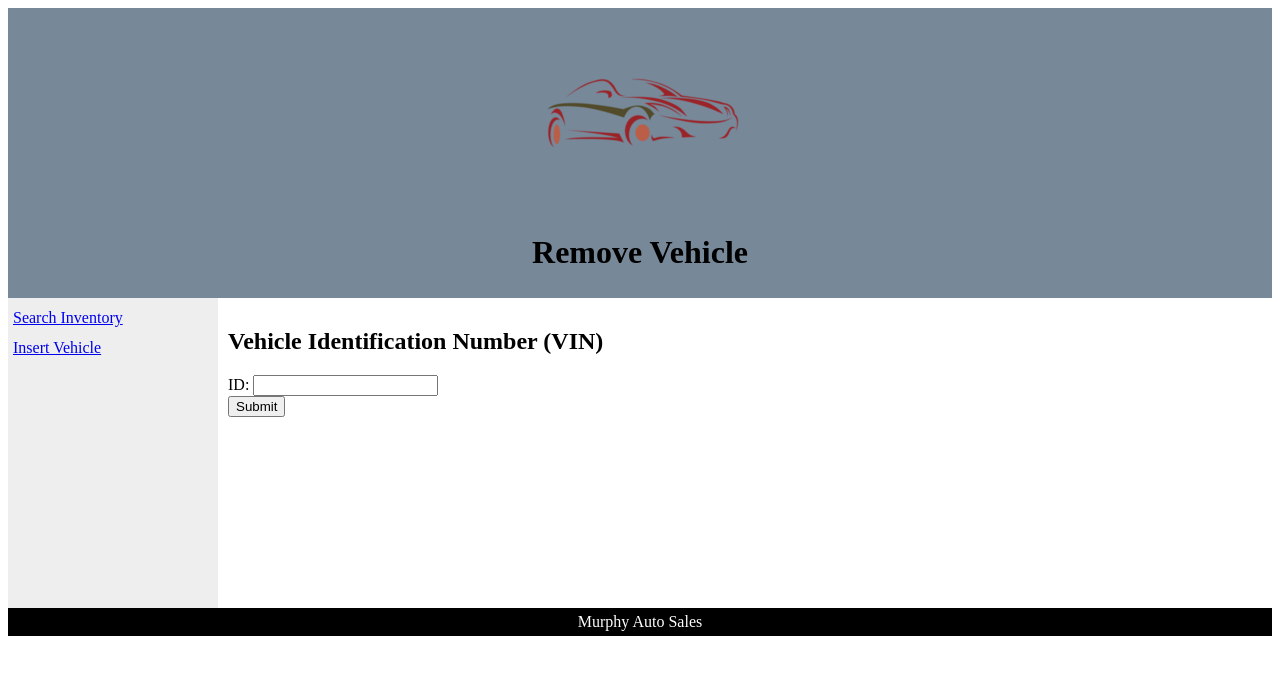
Repository: CamdenMurphy/workspace4830-intro-to-software-engineering
Page: techExercise/techExercise-Murphy/src/main/webapp/delete_murphy.html
These files come from the project's save history. The page is drawn as it stood at one moment and after the next save; the edit follows.
The browser window is 1280 px wide. The pictures show the whole page.

Above is the page before, as saved 2023-10-12 06:24:21.

After the next save:
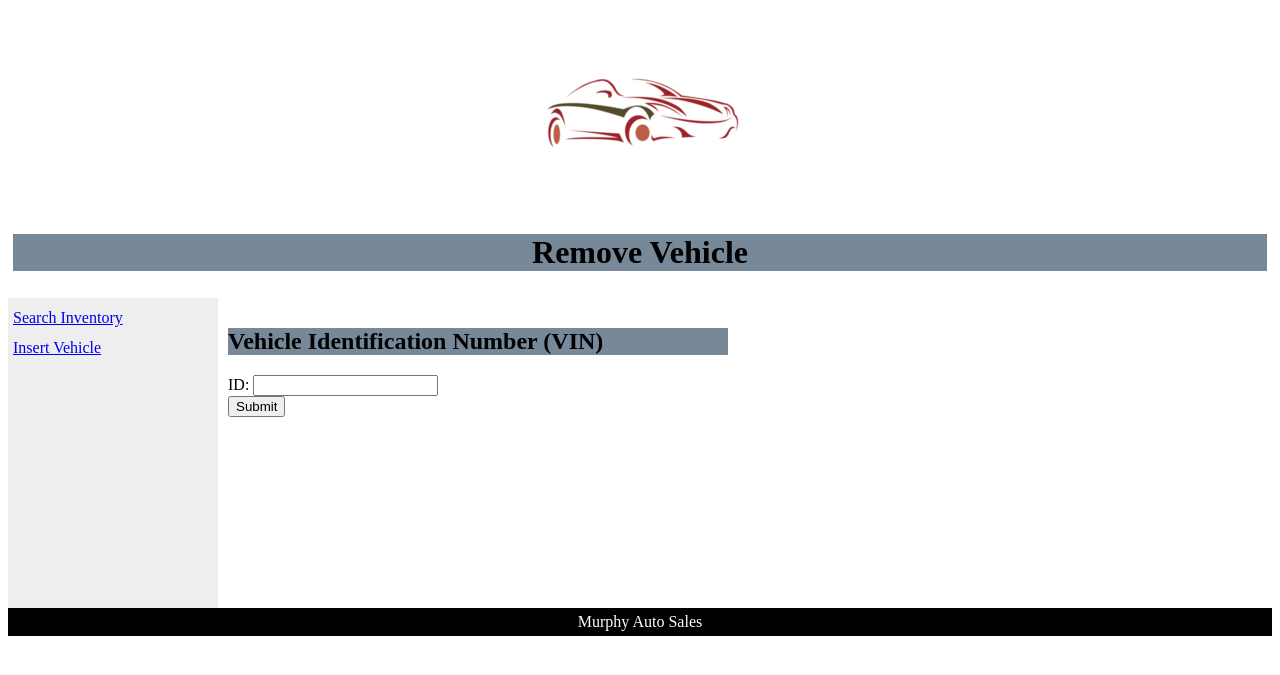
Saved 27 s later.
--- a/techExercise/techExercise-Murphy/src/main/webapp/delete_murphy.html
+++ b/techExercise/techExercise-Murphy/src/main/webapp/delete_murphy.html
@@ -2,7 +2,7 @@
 <head>
 <style>
 header {
-	background-color: lightslategray;
+
 	text-align: center;
     padding:5px;
 }
@@ -30,6 +30,7 @@ footer {
     padding:5px;
 }
 h1 {
+	background-color: lightslategray;
 }
 </style>
 </head>
